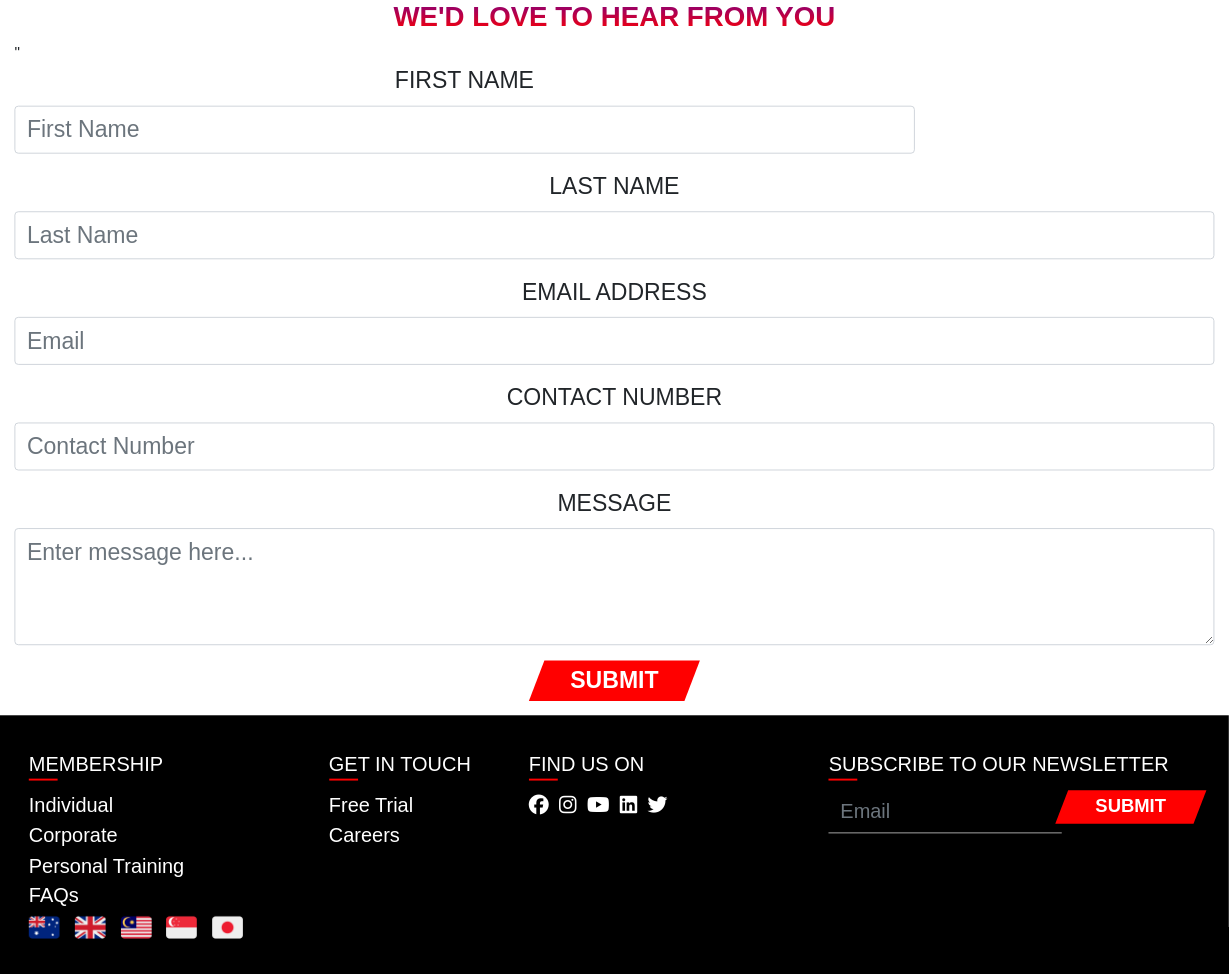
Repository: KJY93/User_Centric_Frontend_Development_Project
Page: contact.html
The author's editor kept a record of every edit. The page is drawn from the files as they stood at one moment, then again after the next edit.
The browser window is 1280 px wide. The pictures show the part of the page from y = 623 to 1638 px (the page is 1638 px tall), at 96% of full size.
Some web fonts or font styles are not loaded; a fallback is used. Some web libraries are served in a nearby version.

Above is the page before.

After the next edit:
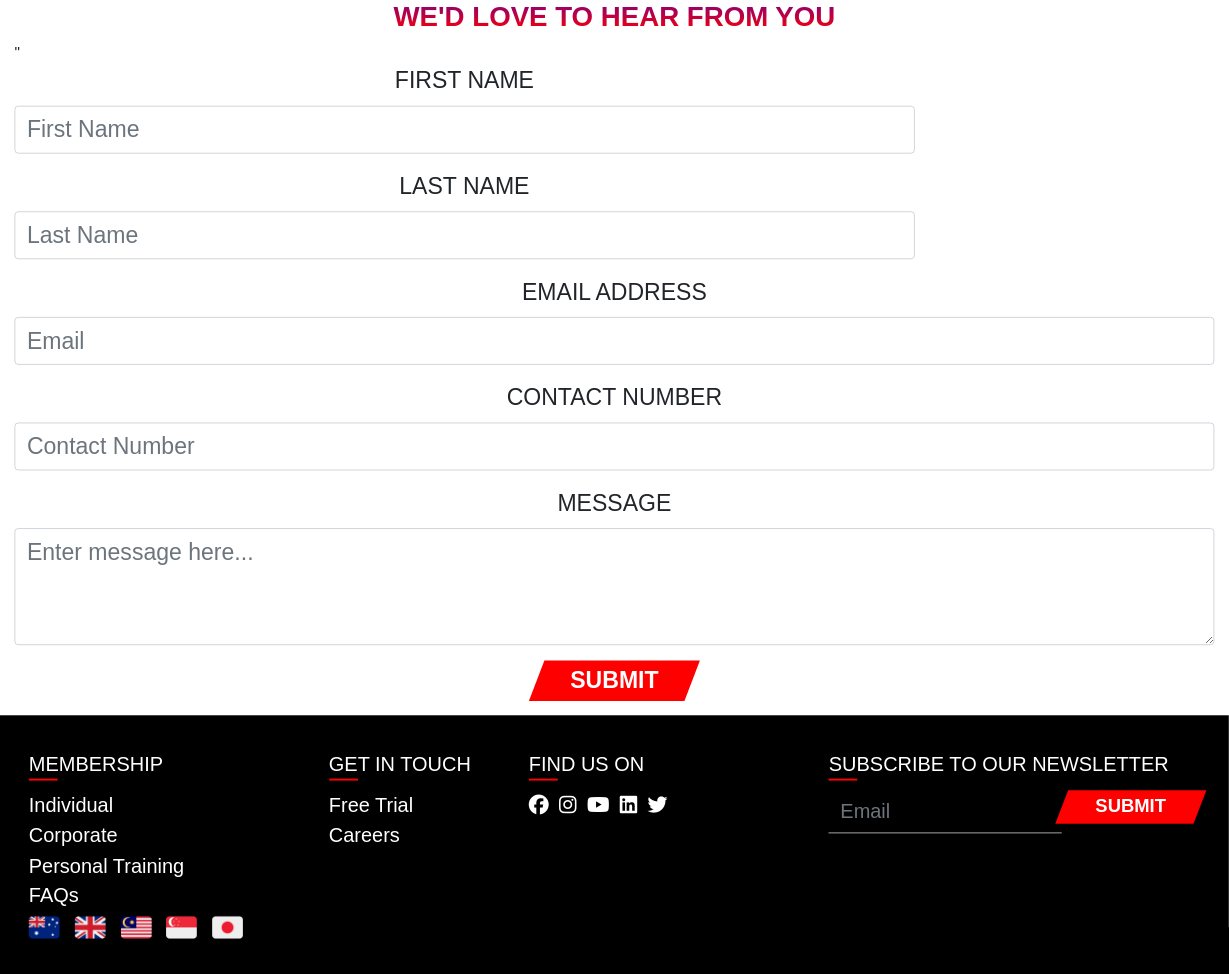
The edit:
--- a/contact.html
+++ b/contact.html
@@ -68,7 +68,7 @@
                         <input type="text" class="form-control form-placeholder" id="firstname" placeholder="First Name">
                     </div>
 
-                    <div class="form-group">
+                    <div class="form-group w-75">
                         <div class="form-attribute"><label for="lastname">LAST NAME</label></div>
                         <input type="text" class="form-control form-placeholder" id="lastname" placeholder="Last Name">
                     </div>
